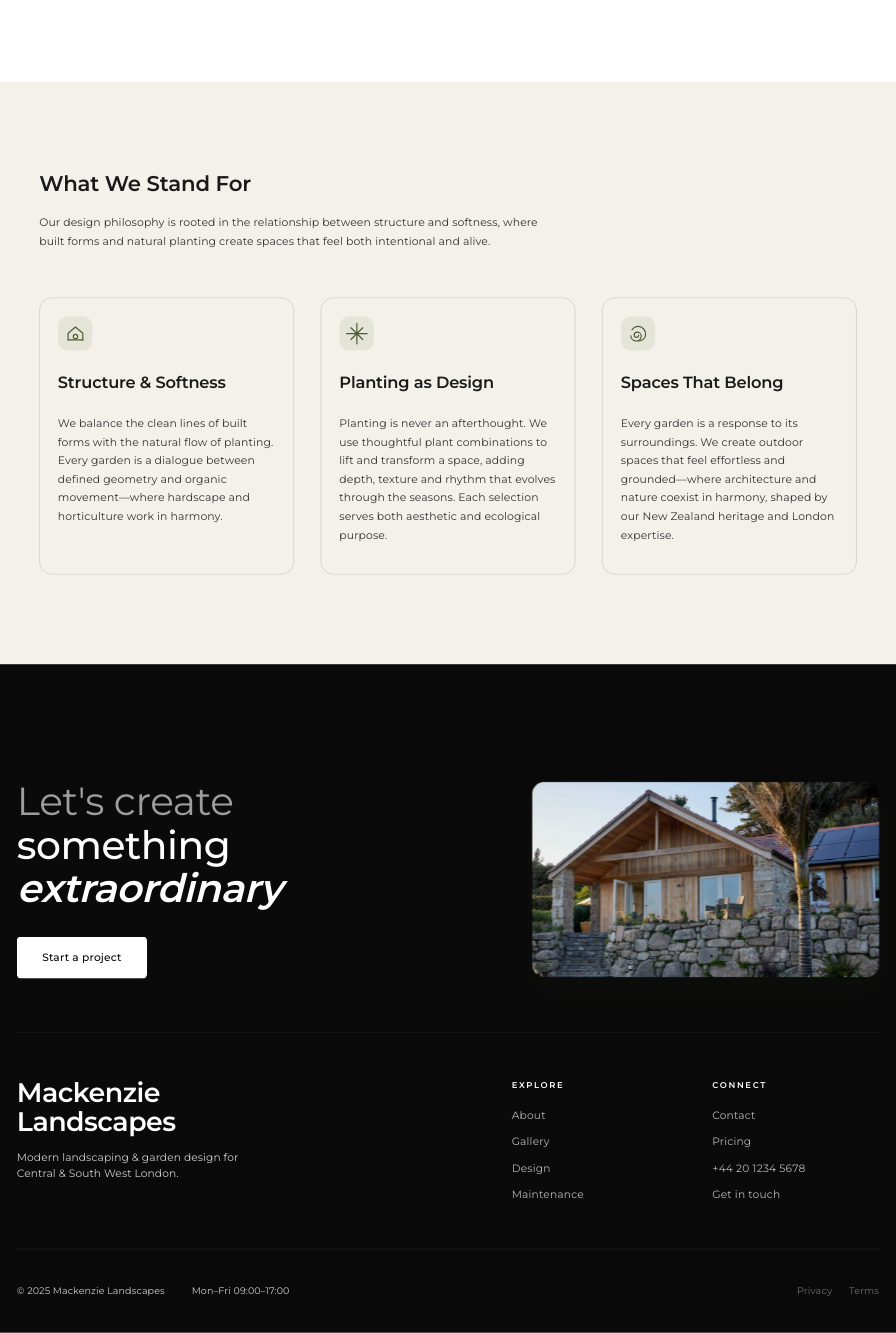
Repository: JoelMann1/MackenzieLandscapes
Page: about.html
These files come from the project's save history. The page is drawn as it stood at one moment and after the next save; the edit follows.
The browser window is 1280 px wide. The pictures show the part of the page from y = 1907 to 3827 px (the page is 3811 px tall before and 3833 px after), at 70% of full size.
A picture or video elsewhere on the page could not be fetched, so the positions and the page height are approximate.

Above is the page before, as saved 2025-10-22 17:24:26.

### about.html
<!doctype html>
<html lang="en-GB">
<head>
  <meta charset="utf-8" />
  <meta name="viewport" content="width=device-width, initial-scale=1" />
  <title>About us &mdash; Mackenzie Landscapes</title>
  <meta name="description" content="Who we are, how we work, and why homeowners trust us with their gardens.">
  <meta name="theme-color" content="#1B8A64">
  <link rel="canonical" href="https://mackenzielandscapes.uk/about.html">
  <link rel="icon" href="assets/img/favicon.svg" type="image/svg+xml">
  <link rel="stylesheet" href="assets/css/styles.css">
  <meta property="og:title" content="About us &mdash; Mackenzie Landscapes">
  <meta property="og:description" content="Meet the team behind Mackenzie Landscapes and explore our approach to garden design.">
  <meta property="og:type" content="website">
  <meta property="og:url" content="https://mackenzielandscapes.uk/about.html">
  <meta property="og:image" content="https://mackenzielandscapes.uk/assets/img/IMG-4079-768x1024.jpg">
  <meta property="og:locale" content="en_GB">
</head>
<body>
<a class="skip-link" href="#content">Skip to content</a>
<header class="site-header" data-header>
  <div class="nav-inner">
    <a class="logo" href="index.html" aria-label="Mackenzie Landscapes home">
      <svg aria-hidden="true" viewBox="0 0 64 64"><use href="assets/img/favicon.svg#leaf"/></svg>
      <span class="visually-hidden">Mackenzie Landscapes</span>
    </a>
    <nav class="primary-nav" aria-label="Primary">
      <ul class="menu" role="menubar">
        <li class="menu-item"><a role="menuitem" href="index.html">Home</a></li>
        <li class="menu-item"><a role="menuitem" href="about.html">About</a></li>
        <li class="menu-item has-panel" data-menu="services">
          <button class="menu-trigger" type="button" aria-expanded="false" aria-controls="panel-services" role="menuitem">
            Services
          </button>
          <div id="panel-services" class="menu-panel" role="menu" hidden>
            <div class="panel-col" role="none">
              <span class="panel-heading">Design &amp; Planning</span>
              <a role="menuitem" href="concept-and-design.html">Concept &amp; Design</a>
              <a role="menuitem" href="softscaping.html">Softscaping</a>
            </div>
            <div class="panel-col" role="none">
              <span class="panel-heading">Build &amp; Care</span>
              <a role="menuitem" href="hardscaping.html">Hardscaping</a>
              <a role="menuitem" href="tree-care.html">Tree Care</a>
              <a role="menuitem" href="commercial.html">Commercial</a>
              <a role="menuitem" href="maintenance.html">Maintenance</a>
            </div>
          </div>
        </li>
        <li class="menu-item has-panel" data-menu="projects">
          <button class="menu-trigger" type="button" aria-expanded="false" aria-controls="panel-projects" role="menuitem">
            Projects
          </button>
          <div id="panel-projects" class="menu-panel" role="menu" hidden>
            <div class="panel-col" role="none">
              <span class="panel-heading">Featured</span>
              <a role="menuitem" href="gallery.html">Gallery Overview</a>
              <a role="menuitem" href="gallery.html#lighting">Lighting &amp; ambience</a>
            </div>
            <div class="panel-col" role="none">
              <span class="panel-heading">Details</span>
              <a role="menuitem" href="gallery.html#hardscape">Hardscape detailing</a>
              <a role="menuitem" href="gallery.html#planting">Planting inspiration</a>
            </div>
          </div>
        </li>
        <li class="menu-item"><a role="menuitem" href="pricing.html">Pricing</a></li>
      </ul>
    </nav>
    <div class="nav-cta">
      <a class="cta" href="contact.html">Contact Us</a>
      <a class="phone" href="tel:+442012345678">+44 20 1234 5678</a>
    </div>
    <button class="mobile-menu-toggle" type="button" aria-label="Toggle mobile menu" aria-expanded="false" aria-controls="mobile-menu">
      <span class="hamburger-line"></span>
      <span class="hamburger-line"></span>
      <span class="hamburger-line"></span>
    </button>
  </div>
</header>

<!-- Mobile Menu Overlay -->
<div class="mobile-menu" id="mobile-menu" aria-hidden="true">
  <div class="mobile-menu__inner">
    <nav class="mobile-nav" aria-label="Mobile navigation">
      <ul class="mobile-menu__list">
        <li class="mobile-menu__item">
          <a href="index.html" class="mobile-menu__link">Home</a>
        </li>
        <li class="mobile-menu__item">
          <a href="about.html" class="mobile-menu__link">About</a>
        </li>
        <li class="mobile-menu__item mobile-menu__item--has-submenu">
          <button class="mobile-menu__link mobile-submenu-toggle" type="button" aria-expanded="false">
            Services
            <svg class="submenu-arrow" width="12" height="12" viewBox="0 0 12 12" fill="none">
              <path d="M2 4L6 8L10 4" stroke="currentColor" stroke-width="2" stroke-linecap="round"/>
            </svg>
          </button>
          <ul class="mobile-submenu">
            <li><a href="concept-and-design.html">Concept &amp; Design</a></li>
            <li><a href="softscaping.html">Softscaping</a></li>
            <li><a href="hardscaping.html">Hardscaping</a></li>
            <li><a href="tree-care.html">Tree Care</a></li>
            <li><a href="commercial.html">Commercial</a></li>
            <li><a href="maintenance.html">Maintenance</a></li>
          </ul>
        </li>
        <li class="mobile-menu__item mobile-menu__item--has-submenu">
          <button class="mobile-menu__link mobile-submenu-toggle" type="button" aria-expanded="false">
            Projects
            <svg class="submenu-arrow" width="12" height="12" viewBox="0 0 12 12" fill="none">
              <path d="M2 4L6 8L10 4" stroke="currentColor" stroke-width="2" stroke-linecap="round"/>
            </svg>
          </button>
          <ul class="mobile-submenu">
            <li><a href="gallery.html">Gallery Overview</a></li>
            <li><a href="gallery.html#residential">Residential Gardens</a></li>
            <li><a href="gallery.html#lighting">Lighting Schemes</a></li>
            <li><a href="gallery.html#hardscape">Hardscape Detailing</a></li>
          </ul>
        </li>
        <li class="mobile-menu__item">
          <a href="pricing.html" class="mobile-menu__link">Pricing</a>
        </li>
      </ul>
      <div class="mobile-menu__cta">
        <a class="mobile-cta-btn" href="contact.html">Contact Us</a>
        <a class="mobile-phone" href="tel:+442012345678">+44 20 1234 5678</a>
      </div>
    </nav>
  </div>
</div>
<main id="content"><section class="section section--about-preview"><div class="container about-preview"><div class="about-preview__copy" data-reveal><p class="eyebrow eyebrow--sage">About us</p><h1 class="section-title section-title--display">Meet Mackenzie Landscapes</h1><p>At Mackenzie Landscapes we believe your outdoor space is an extension of your home&mdash;a place to relax, entertain and connect with nature. Every garden we shape is designed to feel calm, functional and deeply personal.</p><p>Founded by a new generation of landscaping professionals, our vision blends refined design with practical craftsmanship so the spaces we deliver feel timeless and live beautifully.</p><div class="about-preview__actions"><a class="btn btn--primary" href="contact.html">Start a consultation</a><a class="btn btn--secondary" href="gallery.html"><span data-alt="View our work">View our work</span></a></div></div><div class="about-preview__media" data-reveal><figure class="about-preview__feature"><img src="assets/img/IMG_4568.jpg" alt="Detailed craftsmanship in garden construction"></figure><div class="about-preview__stack"><img src="assets/img/IMG_7138.jpg" alt="Garden design and planting details"><img src="assets/img/IMG_2052.JPG" alt="Planting and garden design details"></div></div></div></section><div id="header-sentinel" aria-hidden="true"></div>

<section class="section section">
  <div class="container split split--reverse">
    <div data-reveal>
      <div class="story-gallery">
        <figure class="story-gallery__main">
          <img src="assets/img/IMG-4079-768x1024.jpg" alt="Professional landscaping work">
        </figure>
      </div>
    </div>
    <div data-reveal>
      <h2 class="section-title section-title--display">Our Story</h2>
      <p>Mackenzie Landscapes was founded on a deep connection to the outdoors, shaped by a New Zealand upbringing surrounded by natural beauty and hands-on garden-making. From early on, our founder understood that exceptional landscape design is about more than plants and paving&mdash;it's about atmosphere, purpose, and flow.</p>
      <p>After working with high-end landscaping teams across New Zealand, the UK, and further abroad, and studying landscape architecture, we brought that global experience and design-led approach to London. Today, we serve Central, South West, and Greater London with a commitment to meticulous craftsmanship, creativity, and care.</p>
      <p>Our approach to landscape design is guided by the relationship between structure and softness&mdash;the clean lines of built forms paired with the natural flow of planting. Inspired by the balance between order and organic movement, where defined geometry meets layered, seasonal borders.</p>
      <p>Planting is never an afterthought; it's a key design tool. Through thoughtful combinations, we use plants to lift and transform a space&mdash;adding depth, texture, and rhythm that evolves over time.</p>
      <p>At Mackenzie Landscapes, every garden is a response to its surroundings. The goal is always the same: to create spaces that feel effortless, grounded, and alive&mdash;where architecture and nature coexist in harmony.</p>
    </div>
  </div>
</section>

<section class="section section--values">
  <div class="container values">
    <div class="values__intro" data-reveal>
      <h2 class="section-title">What We Stand For</h2>
      <p>Our design philosophy is rooted in the relationship between structure and softness, where built forms and natural planting create spaces that feel both intentional and alive.</p>
    </div>
    <div class="values__cards" data-reveal>
      <article class="values-item">
        <span class="values-item__icon" aria-hidden="true">
          <svg viewBox="0 0 32 32" fill="none" stroke="currentColor" stroke-width="1.6" stroke-linecap="round" stroke-linejoin="round">
            <path d="M6 24.5v-9L16 7l10 8.5v9" />
            <path d="M13 20c0-1.657 1.343-3 3-3s3 1.343 3 3-1.343 3-3 3-3-1.343-3-3Z" />
            <path d="M6 24.5h20" />
          </svg>
        </span>
        <h3>Structure &amp; Softness</h3>
        <p>We balance the clean lines of built forms with the natural flow of planting. Every garden is a dialogue between defined geometry and organic movement&mdash;where hardscape and horticulture work in harmony.</p>
      </article>
      <article class="values-item">
        <span class="values-item__icon" aria-hidden="true">
          <svg viewBox="0 0 32 32" fill="none" stroke="currentColor" stroke-width="1.6" stroke-linecap="round" stroke-linejoin="round">
            <path d="M16 2v28M2 16h28M8 8l16 16M24 8l-16 16" />
          </svg>
        </span>
        <h3>Planting as Design</h3>
        <p>Planting is never an afterthought. We use thoughtful plant combinations to lift and transform a space, adding depth, texture and rhythm that evolves through the seasons. Each selection serves both aesthetic and ecological purpose.</p>
      </article>
      <article class="values-item">
        <span class="values-item__icon" aria-hidden="true">
          <svg viewBox="0 0 32 32" fill="none" stroke="currentColor" stroke-width="1.6" stroke-linecap="round" stroke-linejoin="round">
            <path d="M16 26c5.523 0 10-4.03 10-9 0-5.802-4.477-11-10-11-3.756 0-6.608 1.92-8.5 4.8" />
            <path d="M6 19c0 4.08 3.268 7 7.5 7 3.59 0 6.5-2.91 6.5-6.5 0-3.037-2.463-5.5-5.5-5.5-2.177 0-4 1.823-4 4 0 1.657 1.343 3 3 3s3-1.343 3-3" />
          </svg>
        </span>
        <h3>Spaces That Belong</h3>
        <p>Every garden is a response to its surroundings. We create outdoor spaces that feel effortless and grounded&mdash;where architecture and nature coexist in harmony, shaped by our New Zealand heritage and London expertise.</p>
      </article>
    </div>
  </div>
</section>





</main>
<footer class="site-footer">
  <div class="container">
    <div class="footer-hero footer-hero--with-image">
      <div class="footer-hero__content">
        <h2 class="footer-hero__title">
          <span class="footer-hero__line" data-footer-line>Let's create</span>
          <span class="footer-hero__line footer-hero__line--large" data-footer-line>something</span>
          <span class="footer-hero__line footer-hero__line--accent" data-footer-line>extraordinary</span>
        </h2>
        <div class="footer-hero__cta" data-footer-fade>
          <a href="contact.html" class="footer-cta-btn">Start a project</a>
        </div>
      </div>
      <div class="footer-hero__image" data-footer-fade>
        <img src="assets/img/Racket-Town-Cottage-Tresco-42.jpg" alt="Mackenzie Landscapes project">
      </div>
    </div>

    <div class="footer-content">
      <div class="footer-main">
        <div class="footer-brand" data-footer-fade>
          <h3>Mackenzie<br>Landscapes</h3>
          <p>Modern landscaping &amp; garden design for Central &amp; South West London.</p>
        </div>

        <nav class="footer-nav" aria-label="Footer navigation" data-footer-fade>
          <div class="footer-nav__col">
            <h4>Explore</h4>
            <ul>
              <li><a href="about.html">About</a></li>
              <li><a href="gallery.html">Gallery</a></li>
              <li><a href="concept-and-design.html">Design</a></li>
              <li><a href="maintenance.html">Maintenance</a></li>
            </ul>
          </div>
          <div class="footer-nav__col">
            <h4>Connect</h4>
            <ul>
              <li><a href="contact.html">Contact</a></li>
              <li><a href="pricing.html">Pricing</a></li>
              <li><a href="tel:+442012345678">+44 20 1234 5678</a></li>
              <li><a href="mailto:hello@mackenzielandscapes.co.uk">Get in touch</a></li>
            </ul>
          </div>
        </nav>
      </div>

      <div class="footer-bottom" data-footer-fade>
        <div class="footer-meta">
          <p>&copy; <span id="year"></span> Mackenzie Landscapes</p>
          <p>Mon&ndash;Fri 09:00&ndash;17:00</p>
        </div>
        <div class="footer-legal">
          <a href="#">Privacy</a>
          <a href="#">Terms</a>
        </div>
      </div>
    </div>
  </div>
</footer>
<script src="assets/js/main.js"></script>
</body>
</html>

Loaded but not shown: assets/js/main.js (486 lines, source omitted); assets/css/styles.css (3261 lines, source omitted)

After the next save:
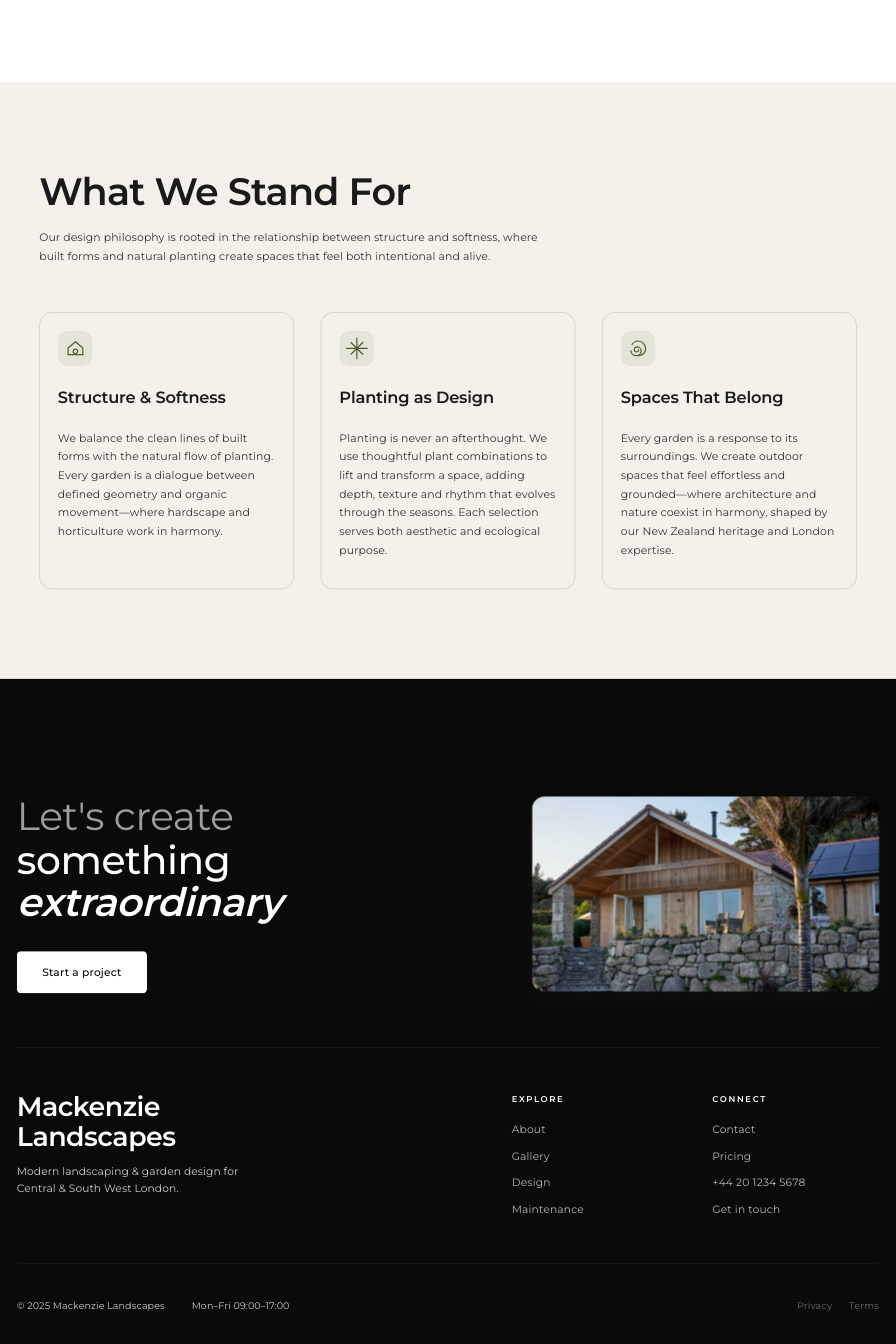
Saved 13 s later.
--- a/about.html
+++ b/about.html
@@ -156,7 +156,7 @@
 <section class="section section--values">
   <div class="container values">
     <div class="values__intro" data-reveal>
-      <h2 class="section-title">What We Stand For</h2>
+      <h2 class="section-title section-title--display">What We Stand For</h2>
       <p>Our design philosophy is rooted in the relationship between structure and softness, where built forms and natural planting create spaces that feel both intentional and alive.</p>
     </div>
     <div class="values__cards" data-reveal>
